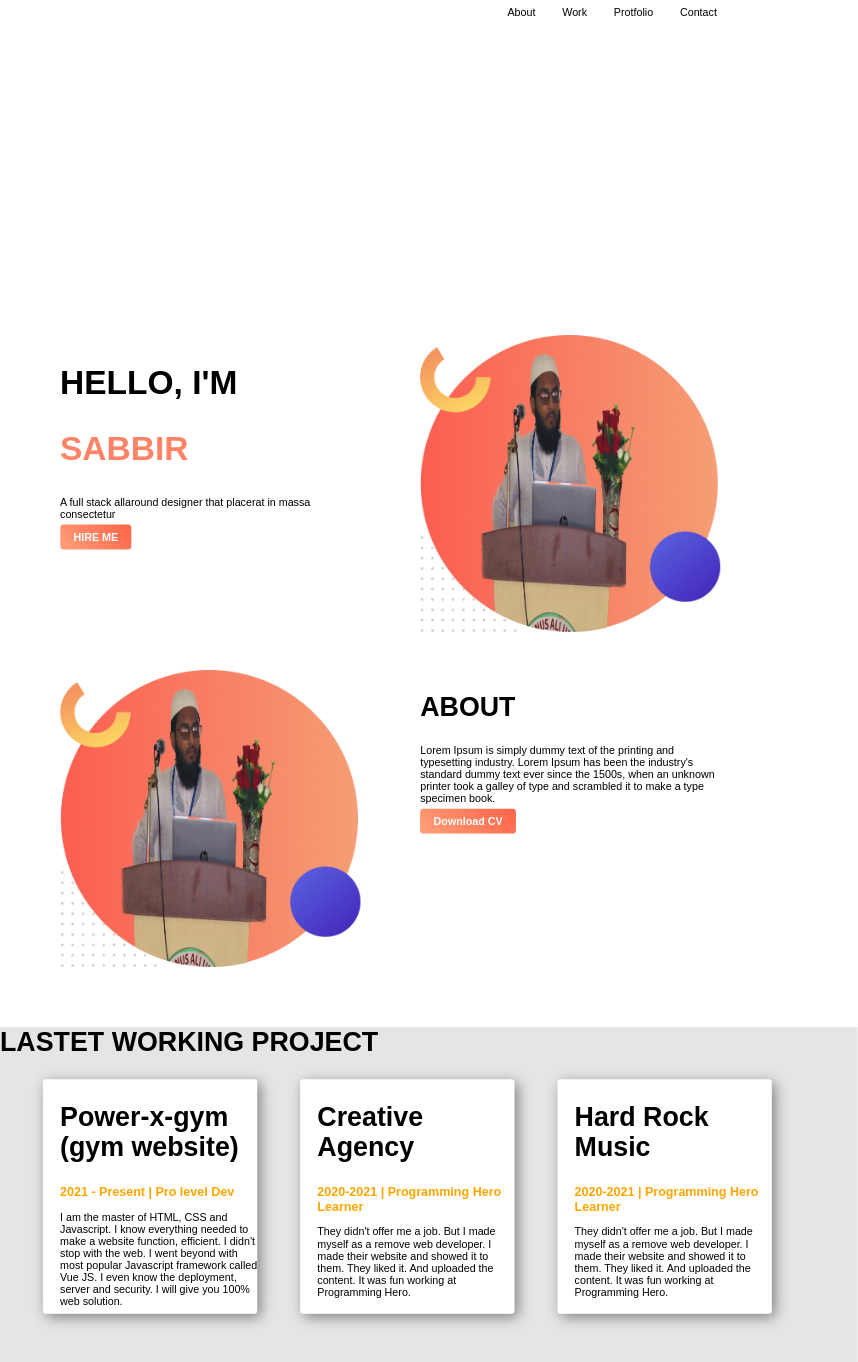
Repository: sabbircse3/personal-website
Page: index.html
An editor plug-in stored every save of this project. The page is shown before and after the next save, followed by the edit.
The browser window is 1280 px wide. The pictures show the whole page, at 67% of full size.

Above is the page before, as saved 2021-01-06 00:26:03.

After the next save:
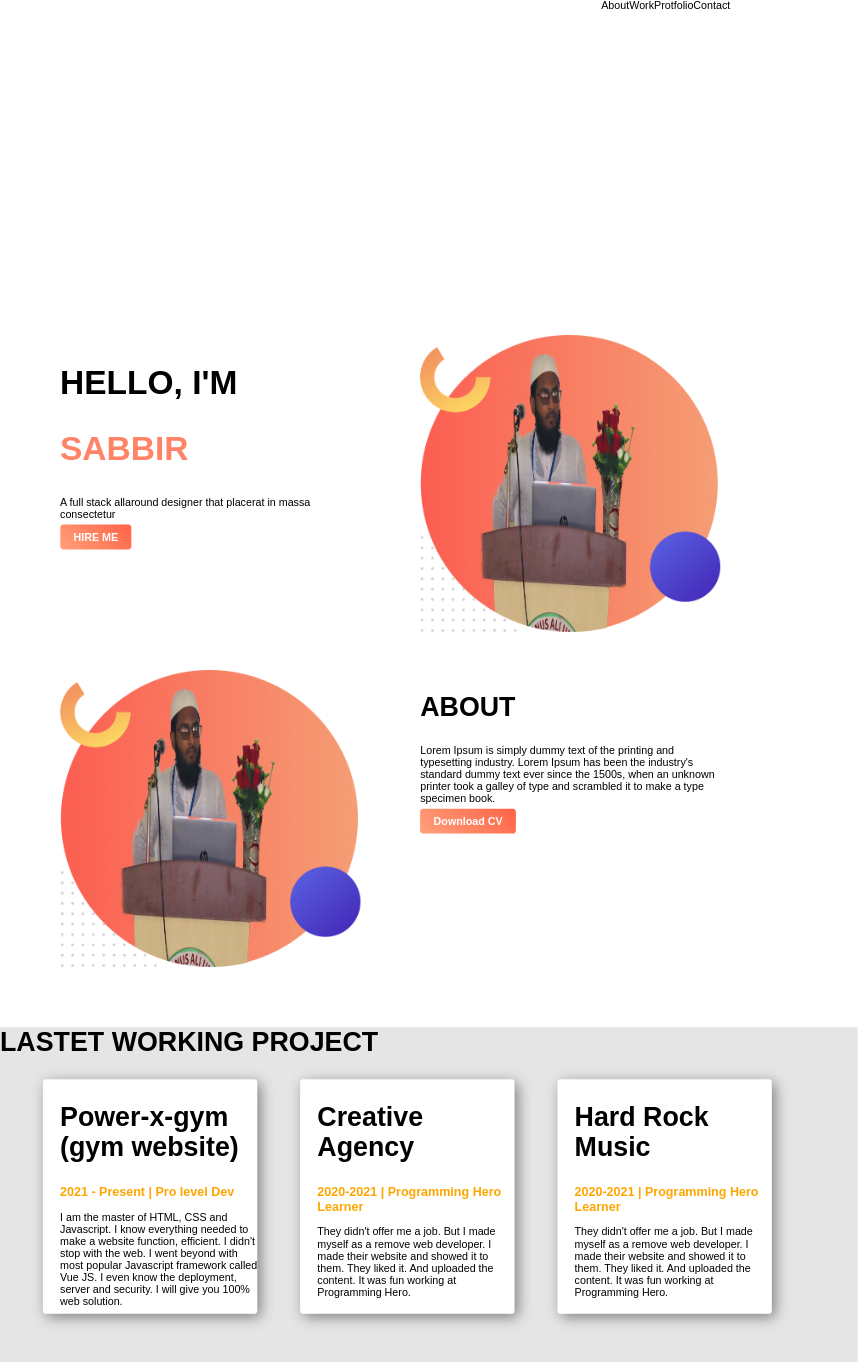
Saved 38 s later.
--- a/style.css
+++ b/style.css
@@ -14,7 +14,7 @@
 #menu li a{
 	color:black;
 	text-decoration:none;
-	padding:10px 20px;
+
 	display:block;
 }
 

After the save that followed:
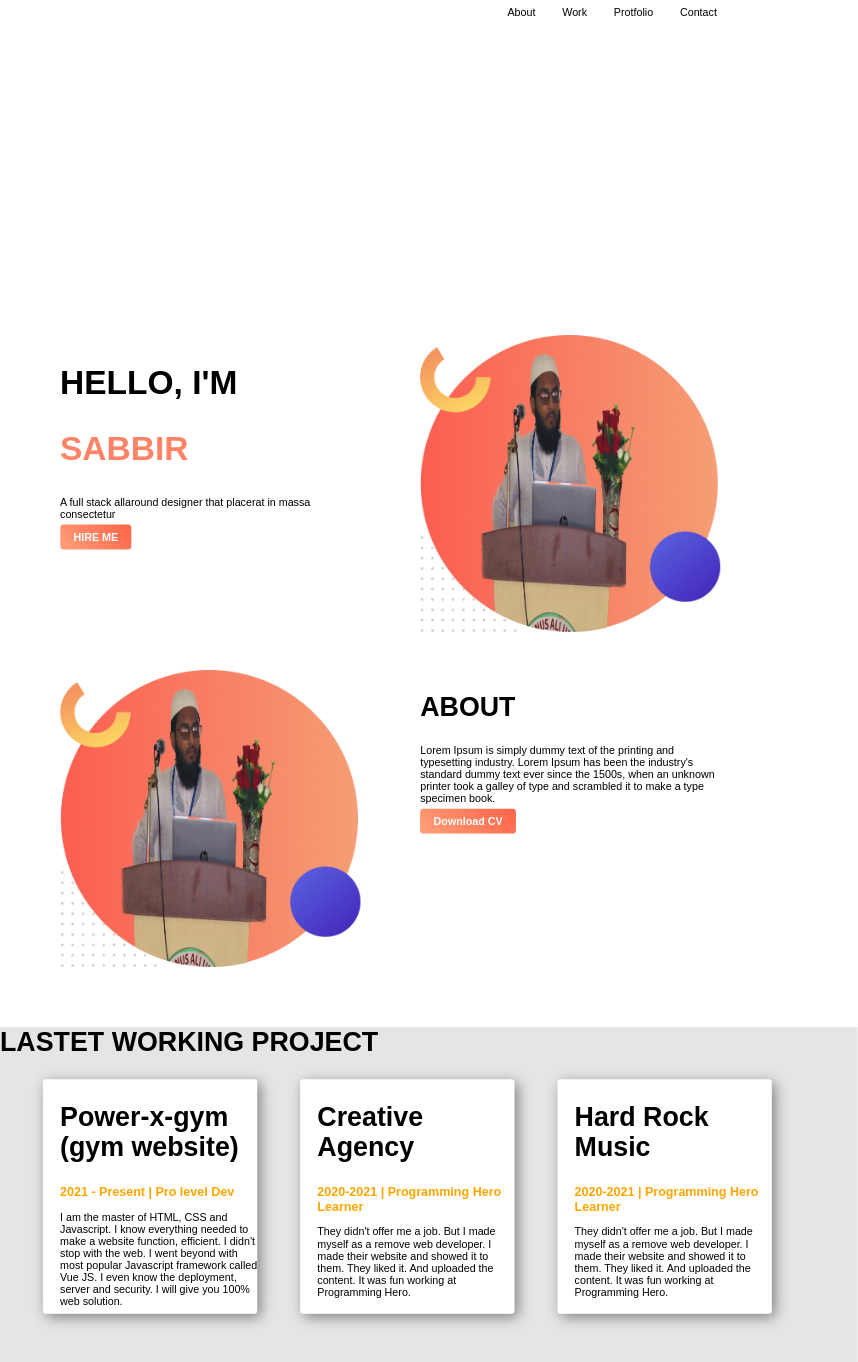
Saved 4 s later.
--- a/style.css
+++ b/style.css
@@ -14,7 +14,7 @@
 #menu li a{
 	color:black;
 	text-decoration:none;
-
+	padding:10px 20px;
 	display:block;
 }
 
